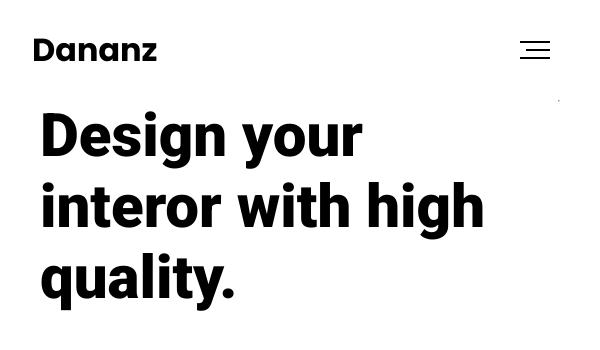
Repository: AsadKasimov/disain
Page: index.html
The author's editor kept a copy of each file at every save. The page is drawn from the files as they stood at one save, then again after the next save.
The browser window is 600 px wide. The pictures show the whole page.

Above is the page before, as saved 2023-04-20 01:14:55.

After the next save:
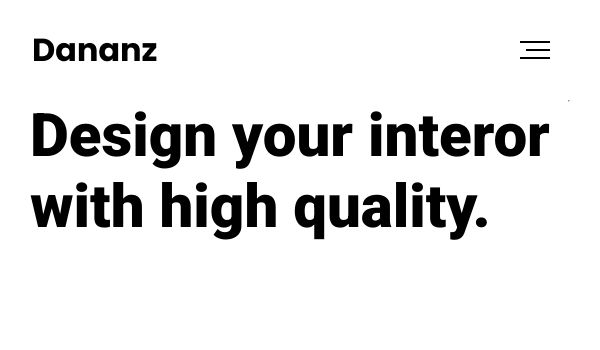
Saved 11 s later.
--- a/style.css
+++ b/style.css
@@ -141,7 +141,7 @@ h1 {
   .menu{
     display: flex;
     justify-content: flex-start;
-    padding: 0 40px;
+    padding: 0 30px;
     width: 600px;
   }
 
